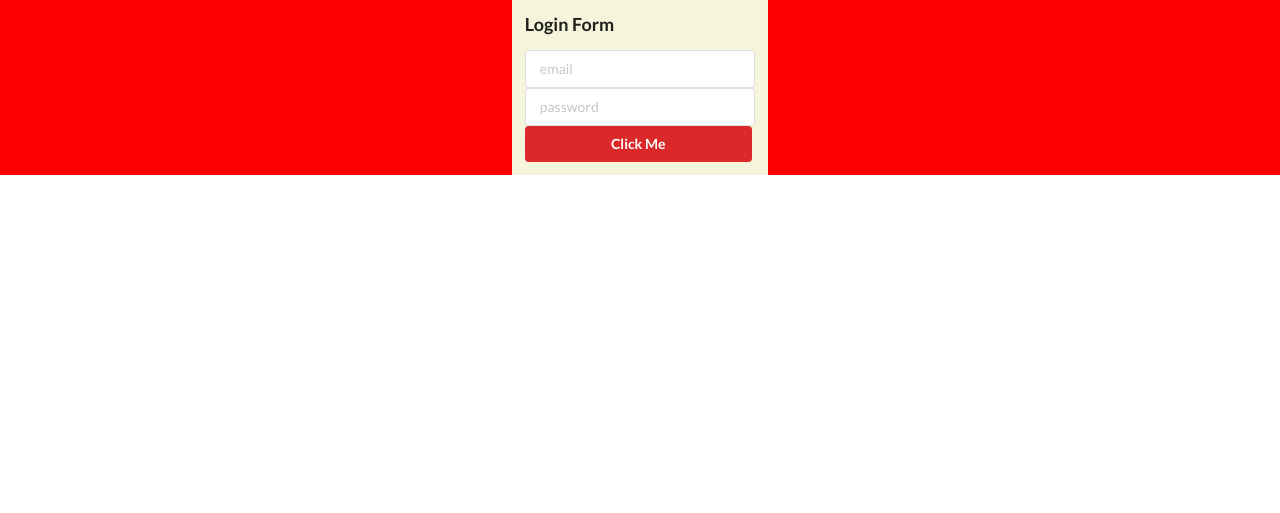
Repository: anagarango/dai-week4-assignment
Page: / (app in dai_web_ex/)
The author's editor kept a copy of each file at every save. The page is drawn from the files as they stood at one save, then again after the next save.
The browser window is 1280 px wide. The pictures show the whole page.
The project was rebuilt for these pictures with package versions that can differ from the ones it lists, and the page was loaded fresh each time. The framework's server and built-in components were replaced by stand-ins that run in the browser. Also part of the build but not shown: dai_web_ex/next.config.js.

Above is the page before, as saved 2022-09-26 16:23:02.

### dai_web_ex/pages/_app.js
import 'semantic-ui-css/semantic.min.css'

function MyApp({ Component, pageProps }) {
  return <Component {...pageProps} />
}

export default MyApp

### dai_web_ex/pages/index.js
import { Button } from 'semantic-ui-react'
import {useRouter} from 'next/router'
import LoginForm from '../comps/loginform'
import { Dimmer, Loader, Image, Segment } from 'semantic-ui-react'

// The router and states are mostly used in the page for data/information state management
import {useState} from 'react'

export default function Home() {
  const r = useRouter();
  //before, during, after
  const [logInState, setLogInState] = useState("before")



  var c = "blue"
  var btn_text = "Click Me"

  if(logInState === "before"){
    c = "red";
  } if(logInState === "during"){
    c = "yellow";
    btn_text = "Waiting..."
  } if(logInState === "after"){
    c = "green";
    btn_text = "Transferring you to Dashboard!"
  }



  const HandleButtonColor = () =>{
    if (logInState === "before"){
      setLogInState("during");

    }
    if (logInState === "during"){
      setLogInState("after");

    }
    if (logInState === "after"){
      r.push("/dashboard")
    }
  }

  // async = when it takes time to connect to a server
  const Login = async () => {
    setLogInState("during");
    // its going to take time
    // mock of the time passing -> this code is useless and doesnt do anything
    await new Promise(resolve=>setTimeout(resolve, 3000))

    setLogInState("after");
    // its going to stall for 1-2 seconds
    await new Promise(resolve=>setTimeout(resolve, 2000))

    r.push("/dashboard")

  }

  return (
    <div>
      {/* <Button color={c} onClick={()=>Login()}>{btn_text} */}
      {/* <Segment>
        <Dimmer active> */}
          {/* {logInState === "during" && <Loader active/>} */}
        {/* </Dimmer>
      </Segment> */}
      {/* </Button> */}
      <LoginForm logInState={logInState} onLogInClick={()=>Login()}></LoginForm>

    </div>
  )
}

### dai_web_ex/comps/loginform/index.js
import { Button, Loader, Input, View } from 'semantic-ui-react'
import styled from 'styled-components'

export default function LoginForm({
    logInState="before",
    onLogInClick=()=>{}
}){

  const Box = styled.div`
    width: 20%;
    height: 10%;
    background-color: beige;
    display:flex;
    flex-direction: column;
    padding: 1%
    `
    const View = styled.div`
    width:100%;
    height:100%;
    display:flex;
    justify-content: center;
    align-items: center;
    background-color:red
    `


    var c = "blue"
    var btn_text = "Click Me"

  if(logInState === "before"){
    c = "red";
  } if(logInState === "during"){
    c = "yellow";
    btn_text = "Waiting..."
  } if(logInState === "after"){
    c = "green";
    btn_text = "Transferring you to Dashboard!"
  }


    return <View>
        <Box>
          <h3>Login Form</h3>
          <Input disabled={logInState !== "before"} placeholder="email"></Input>
          <Input disabled={logInState !== "before"} placeholder="password"></Input>
          <Button color={c} onClick={onLogInClick}>{btn_text}
          {logInState === "during" && <Loader active/>}
          </Button>
        </Box>
    </View>
}

After the next save:
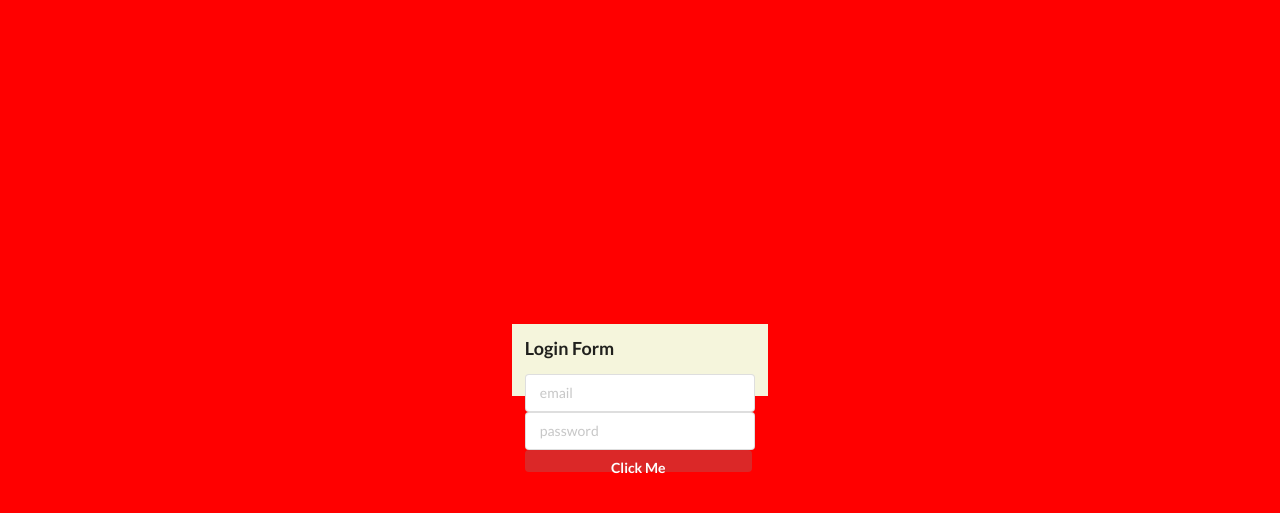
Saved 12 s later.
--- a/dai_web_ex/comps/loginform/index.js
+++ b/dai_web_ex/comps/loginform/index.js
@@ -15,8 +15,8 @@ export default function LoginForm({
     padding: 1%
     `
     const View = styled.div`
-    width:100%;
-    height:100%;
+    width:100vw;
+    height:100vh;
     display:flex;
     justify-content: center;
     align-items: center;
